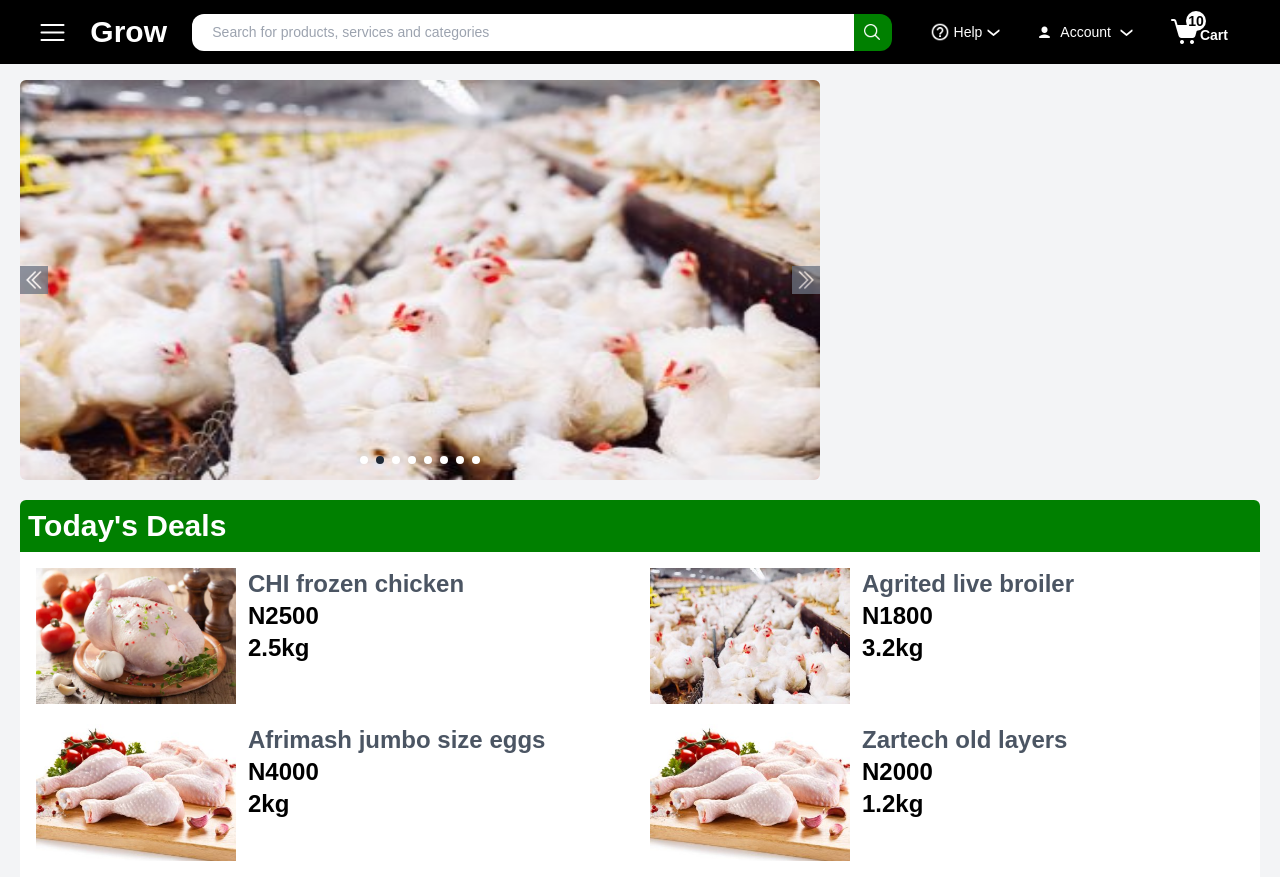
Repository: IssaMuiz/ifarmstock
Page: /
The author's editor kept a copy of each file at every save. The page is drawn from the files as they stood at one save, then again after the next save.
The browser window is 1280 px wide. The pictures show the whole page.
The project was rebuilt for these pictures with package versions that can differ from the ones it lists, and the page was loaded fresh each time. The framework's server and built-in components were replaced by stand-ins that run in the browser. Also part of the build but not shown: next.config.mjs.

Above is the page before, as saved 2024-08-30 04:05:48.

After the next save:
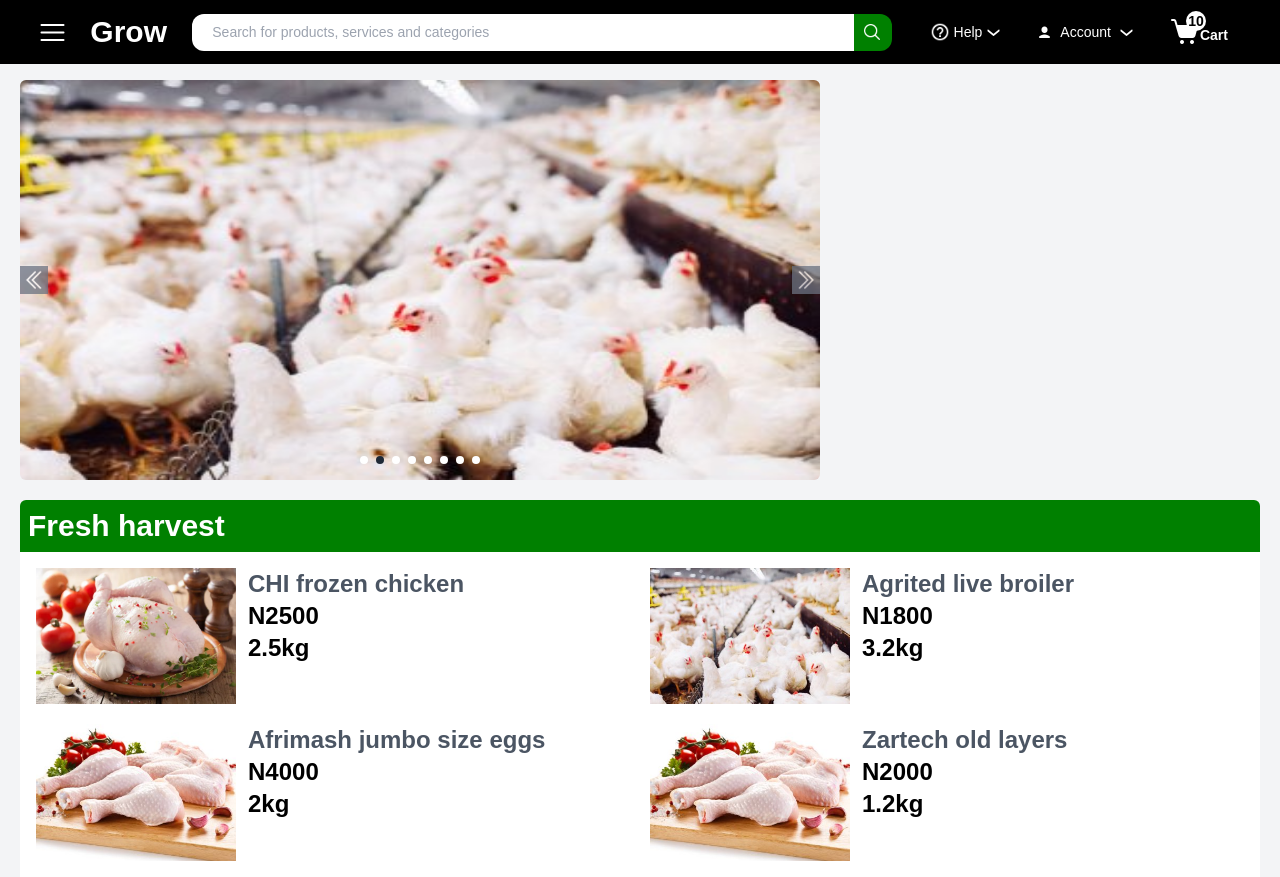
Saved 22 h 4 min later.
--- a/app/page.tsx
+++ b/app/page.tsx
@@ -11,7 +11,7 @@
           <ProductSlider />
 
           <div className="bgColor text w-full h-auto mt-5 text-3xl p-2 rounded-t-md font-semibold">
-            Today&#39;s Deals
+            Fresh harvest
           </div>
           <ProductCardToday />
         </div>
